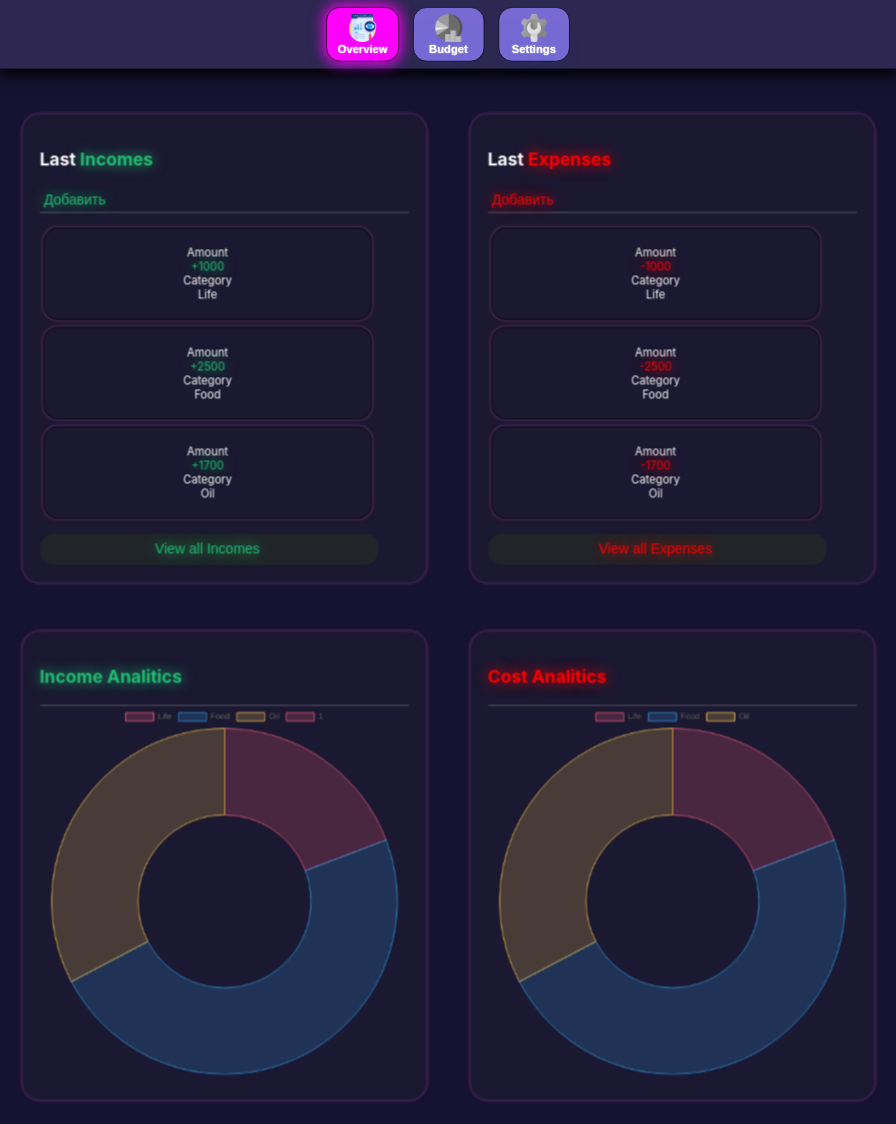
Repository: Minkeani/Money-Manager
Page: /Overview
The author's editor kept a copy of each file at every save. The page is drawn from the files as they stood at one save, then again after a run of saves.
The browser window is 1280 px wide. The pictures show the whole page, at 70% of full size.
The project was rebuilt for these pictures with package versions that can differ from the ones it lists, and the page was loaded fresh each time. Also part of the build but not shown: src/components/Budget/Budget.module.css, src/components/Budget/Budget.jsx, src/components/Add/Add.module.css, src/components/Add/Add.jsx, src/components/Settings/Settings.jsx, src/components/NotFound/NotFound.module.css, src/components/NotFound/NotFound.jsx.

Above is the page before, as saved 2022-07-20 21:11:02.

After the next 2 saves:
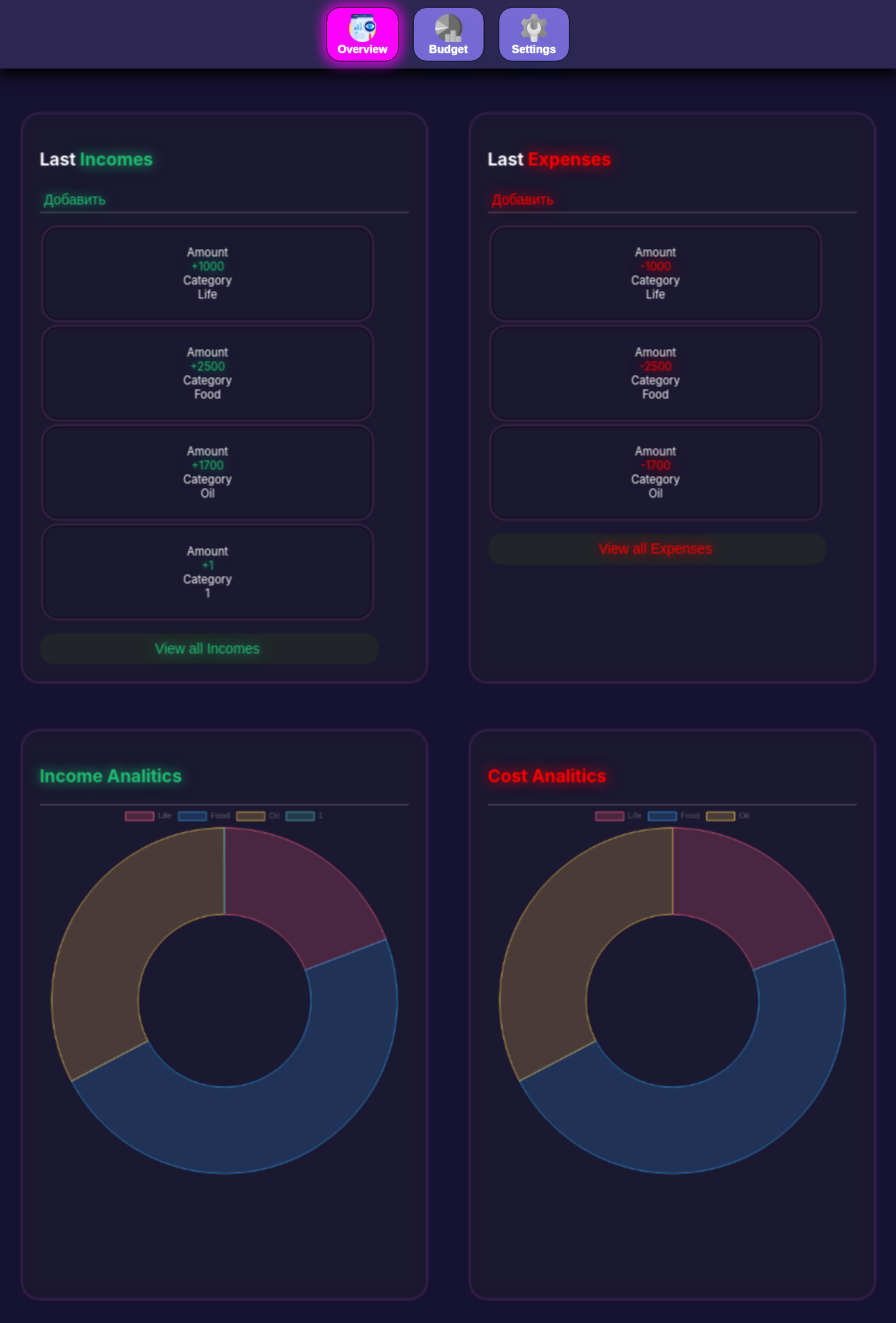
The 2 saves are shown as one change because 1 did not build or start.
The last was saved 70 s later.
--- a/src/components/Overview/Overview.jsx
+++ b/src/components/Overview/Overview.jsx
@@ -67,7 +67,7 @@ const [data, setData] = useState([ {
 }
 ])
 data[0].labels.push('1')
-
+data[0].datasets[0].data.push('1')
 console.log(data[0].labels);
 
 
